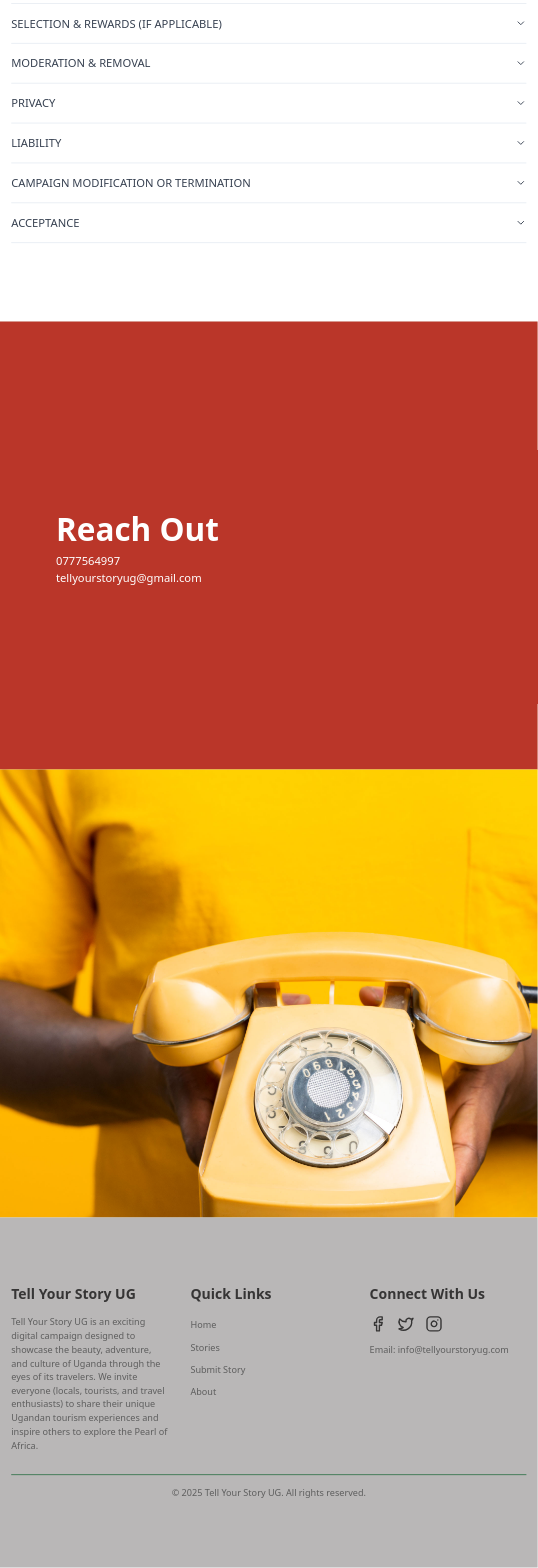
Repository: kaizoku010/take.part
Page: /
The author's editor kept a copy of each file at every save. The page is drawn from the files as they stood at one save, then again after the next save.
The browser window is 768 px wide. The pictures show the part of the page from y = 4075 to 6315 px (the page is 6315 px tall before and 5675 px after), at 70% of full size.
Backgrounds fixed to the window are drawn as part of the page. The project was rebuilt for these pictures with package versions that can differ from the ones it lists, and the page was loaded fresh each time. Also part of the build but not shown: vite.config.ts, src/components/ui/tooltip.tsx, src/pages/About.tsx, src/components/ui/input.tsx, src/pages/Stories.tsx, src/pages/StoryDetail.tsx, src/components/ui/use-toast.ts, src/components/ui/label.tsx and 3 more.

Above is the page before, as saved 2025-04-14 17:06:11.

After the next save:
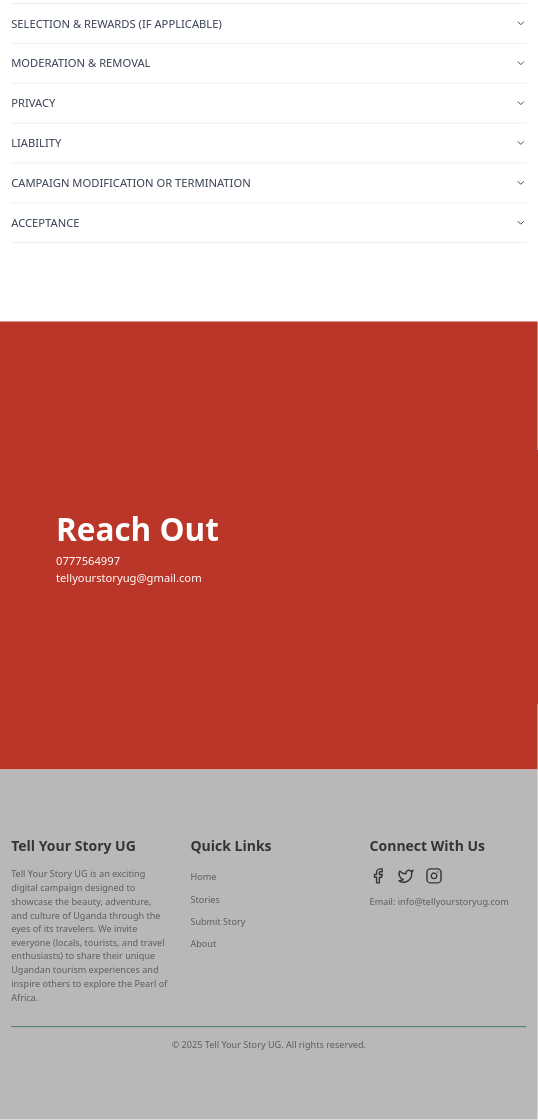
Saved 4 s later.
--- a/src/mobile.css
+++ b/src/mobile.css
@@ -44,7 +44,7 @@
 
 #cta-section-2{
     width: 100%;
-    height: 40rem;}
+    height: fit-content;}
 
 #cta-section > p{
     padding-left: 5rem;

After the save that followed:
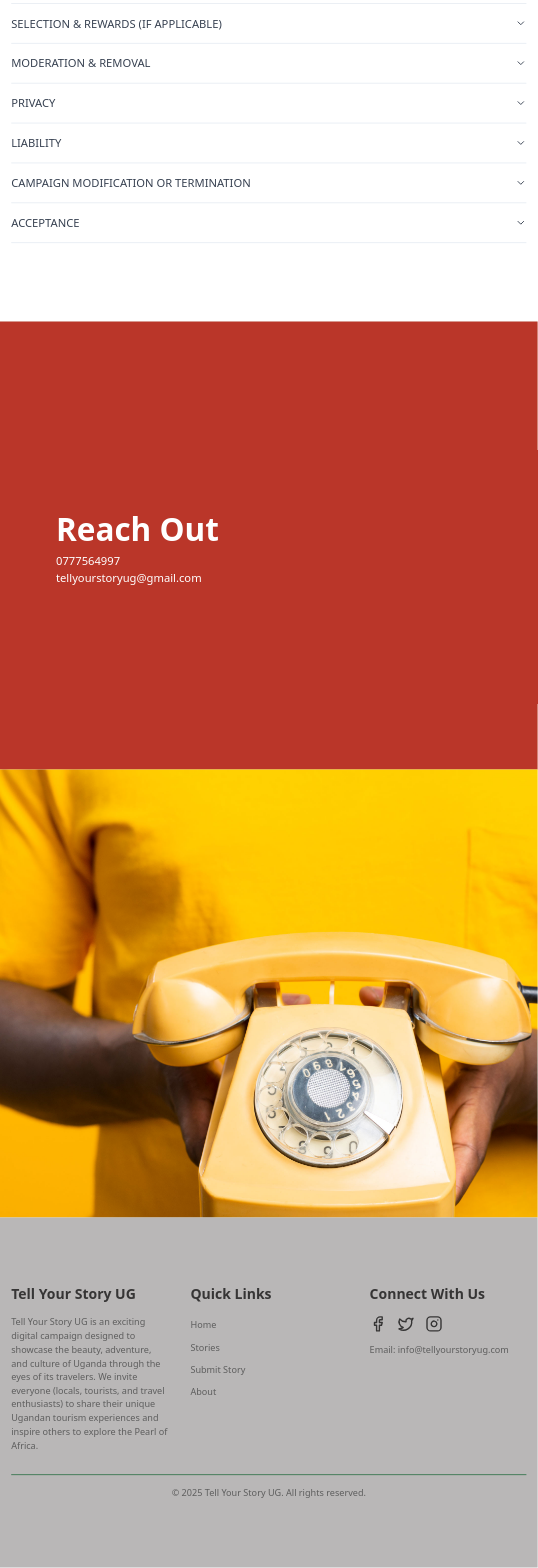
Saved 29 s later.
--- a/src/mobile.css
+++ b/src/mobile.css
@@ -42,9 +42,6 @@
 }
 
 
-#cta-section-2{
-    width: 100%;
-    height: fit-content;}
 
 #cta-section > p{
     padding-left: 5rem;
